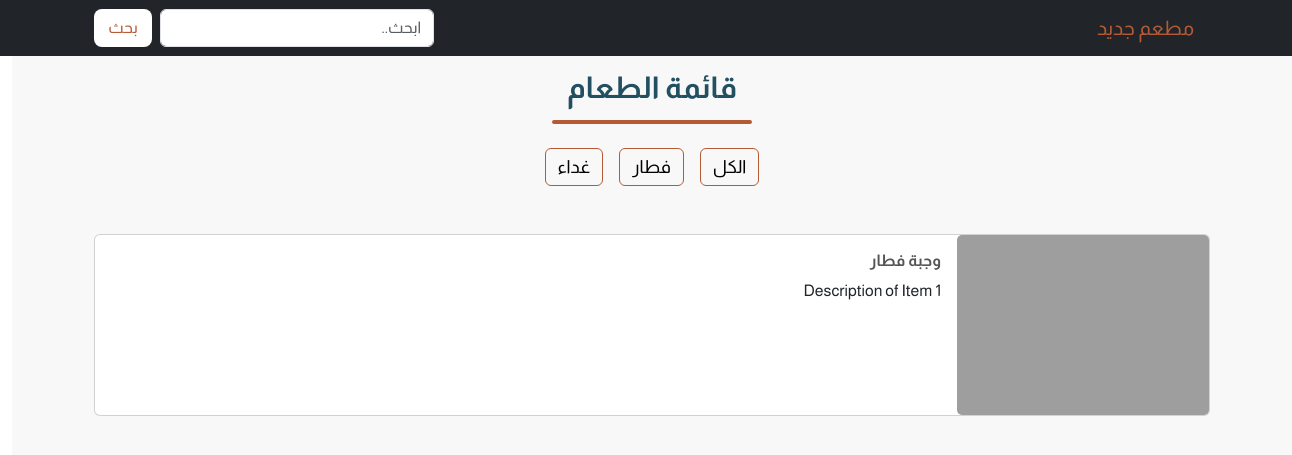
Repository: kerlos-alfy/Restaurant-Menu
Page: /
These files come from the project's save history. The page is drawn as it stood at one moment and after the next save; the edit follows.
The browser window is 1280 px wide. The page is 1292 px wide, so the pictures cover 1292 px, including what lies to the right of the window. The pictures show the whole page.
Pictures or frames that could not be fetched are drawn as grey boxes. Some web fonts or font styles are not loaded; a fallback is used. The project was rebuilt for these pictures with package versions that can differ from the ones it lists, and the page was loaded fresh each time. Also part of the build but not shown: vite.config.js, src/App.css.

Above is the page before, as saved 2024-12-20 01:28:57.

### index.html
<!DOCTYPE html>
<html lang="ar" dir="rtl">
	<head>
		<meta charset="UTF-8" />
		<link rel="icon" type="image/svg+xml" href="/vite.svg" />
		<link
			rel="stylesheet"
			href="https://cdn.jsdelivr.net/npm/bootstrap@5.3.2/dist/css/bootstrap.min.css"
			integrity="sha384-T3c6CoIi6uLrA9TneNEoa7RxnatzjcDSCmG1MXxSR1GAsXEV/Dwwykc2MPK8M2HN"
			crossorigin="anonymous" />
		<!-- Start Font Google Arabic  -->
		<link rel="preconnect" href="https://fonts.googleapis.com" />
		<link rel="preconnect" href="https://fonts.gstatic.com" crossorigin />
		<link
			href="https://fonts.googleapis.com/css2?family=Alkalami&family=Almarai:wght@300;400;700;800&family=Cairo:wght@200..1000&family=Rakkas&display=swap"
			rel="stylesheet" />
		<!-- End Font Google Arabic  -->
		<meta name="viewport" content="width=device-width, initial-scale=1.0" />
		<title>Vite + React</title>
	</head>
	<body>
		<div id="root"></div>
		<script type="module" src="/src/main.jsx"></script>
	</body>
</html>

### src/index.css
/* :root {
  font-family: Inter, system-ui, Avenir, Helvetica, Arial, sans-serif;
  line-height: 1.5;
  font-weight: 400;

  color-scheme: light dark;
  color: rgba(255, 255, 255, 0.87);
  background-color: #242424;

  font-synthesis: none;
  text-rendering: optimizeLegibility;
  -webkit-font-smoothing: antialiased;
  -moz-osx-font-smoothing: grayscale;
}

a {
  font-weight: 500;
  color: #646cff;
  text-decoration: inherit;
}
a:hover {
  color: #535bf2;
}

body {
  margin: 0;
  display: flex;
  place-items: center;
  min-width: 320px;
  min-height: 100vh;
}

h1 {
  font-size: 3.2em;
  line-height: 1.1;
}

button {
  border-radius: 8px;
  border: 1px solid transparent;
  padding: 0.6em 1.2em;
  font-size: 1em;
  font-weight: 500;
  font-family: inherit;
  background-color: #1a1a1a;
  cursor: pointer;
  transition: border-color 0.25s;
}
button:hover {
  border-color: #646cff;
}
button:focus,
button:focus-visible {
  outline: 4px auto -webkit-focus-ring-color;
}

@media (prefers-color-scheme: light) {
  :root {
    color: #213547;
    background-color: #ffffff;
  }
  a:hover {
    color: #747bff;
  }
  button {
    background-color: #f9f9f9;
  }
} */

.color-body {
	background-color: #f8f8f8;
	height: 100vh;
}
.font {
	font-family: "Almarai", sans-serif;
}
.title {
	color: #224f61;
	font-family: Almarai;
	font-size: 30px;
	font-weight: bold;
	letter-spacing: 0;
	line-height: 64px;
}
.underline {
	height: 1px;
	width: 200px;
	border-radius: 10px;
	border: 2px solid #b45b35;
}
.btn {
	color: black;
	font-family: Almarai;
	font-size: 18px;
	letter-spacing: 0;
	line-height: 24px;
}
.btn:hover {
	color: black;
	font-family: Almarai;
	font-size: 18px;
	font-weight: bold;
	letter-spacing: 0;
	line-height: 24px;
	border-radius: 11px;
	border: none;
	background-color: #b45b35;
}
.img-item {
	height: 180px;
	width: 252px;
	border-radius: 5px;
}
.item-description {
	color: #8c8c8c;
	font-family: Almarai;
	font-size: 16px;
	letter-spacing: 0;
	line-height: 20px;
}
.item-title {
	color: #555555;
	font-family: Almarai;
	font-size: 16px;
	font-weight: bold;
	letter-spacing: 0;
	line-height: 20px;
}
.card-color {
	background-color: #f8f8f8;
}
.item-price {
	color: #b45b35;
	font-family: Almarai;
	font-size: 16px;
	font-weight: bold;
	letter-spacing: 0;
	line-height: 20px;
}
.btn-search {
	border: none;
	cursor: pointer;
	color: #b45b35;
	border-radius: 3px solid #b45b35;
	border-radius: 8px;
	background-color: white;
	width: 72px;
	font-weight: 500;
}
.btn-search:hover {
	color: white;
	border-radius: 3px solid white;
	background-color: #b45b35;
	border-radius: 8px;
}
.brand-color {
	color: #b45b35;
}

### src/App.jsx
import { Container } from "react-bootstrap";
import "./App.css";
import NavBar from "./components/NavBar";
import Header from "./components/Header";
import Category from "./components/Category";
import ItemsList from "./components/ItemsList";
function App() {
	return (
		<div className="color-body font">
			<NavBar />
			<Container>
				<Header />
				<Category />
				<ItemsList />
			</Container>
		</div>
	);
}

export default App;

### src/components/NavBar.jsx
import { Navbar, Container, Row, Nav, Form, FormControl } from "react-bootstrap";
const NavBar = () => {
	return (
		<Row>
			<Navbar bg="dark" expand="lg" variant="dark">
				<Container>
					<Navbar.Brand href="#">
						<div className="brand-color">مطعم جديد</div>
					</Navbar.Brand>
					<Navbar.Toggle aria-controls="navbarScroll" />
					<Navbar.Collapse id="navbarScroll">
						<Nav className="me-auto my-2 my-lg-0" style={{ maxHeight: "100px" }} navbarScroll></Nav>
						<Form className="d-flex">
							<FormControl type="text" placeholder="ابحث.." className="mx-2" />
							<button className="btn-search">بحث</button>
						</Form>
					</Navbar.Collapse>
				</Container>
			</Navbar>
		</Row>
	);
};

export default NavBar;

### src/components/Header.jsx
import { Col, Row } from "react-bootstrap";

const Header = () => {
	return (
		<Row>
			<Col sm="12" className="text-center justify-content-center">
				<div className="title">قائمة الطعام </div>
				<div className="justify-content-center d-flex">
					<p className="underline"></p>
				</div>
			</Col>
		</Row>
	);
};

export default Header;

### src/components/Category.jsx
import { Col, Row } from "react-bootstrap";

const Category = () => {
	return (
		<Row className="my-2 mb-5">
			<Col sm="12" className=" justify-content-center d-flex">
				<div>
					<button style={{ border: "1px solid #b45b35" }} className="btn mx-2">
						الكل
					</button>
					<button style={{ border: "1px solid #b45b35" }} className="btn mx-2">
						فطار
					</button>
					<button style={{ border: "1px solid #b45b35" }} className="btn mx-2">
						غداء
					</button>
				</div>
			</Col>
		</Row>
	);
};

export default Category;

### src/components/ItemsList.jsx
import { Card, Col, Row } from "react-bootstrap";

const ItemsList = () => {
	return (
		<Row>
			<Col sm="12" className="mb-3">
				<Card className="d-flex flex-row">
					<Card.Img className="img-item" variant="top" src="https://ichef.bbci.co.uk/food/ic/food_16x9_832/recipes/spicy_salmon_bite_rice_16300_16x9.jpg" />
					<Card.Body>
						<Card.Title>
							<div className="item-title">وجبة فطار</div>
						</Card.Title>
						<Card.Text>Description of Item 1</Card.Text>
					</Card.Body>
				</Card>
			</Col>
		</Row>
	);
};

export default ItemsList;

Loaded but not shown: src/main.jsx (common file)

After the next save:
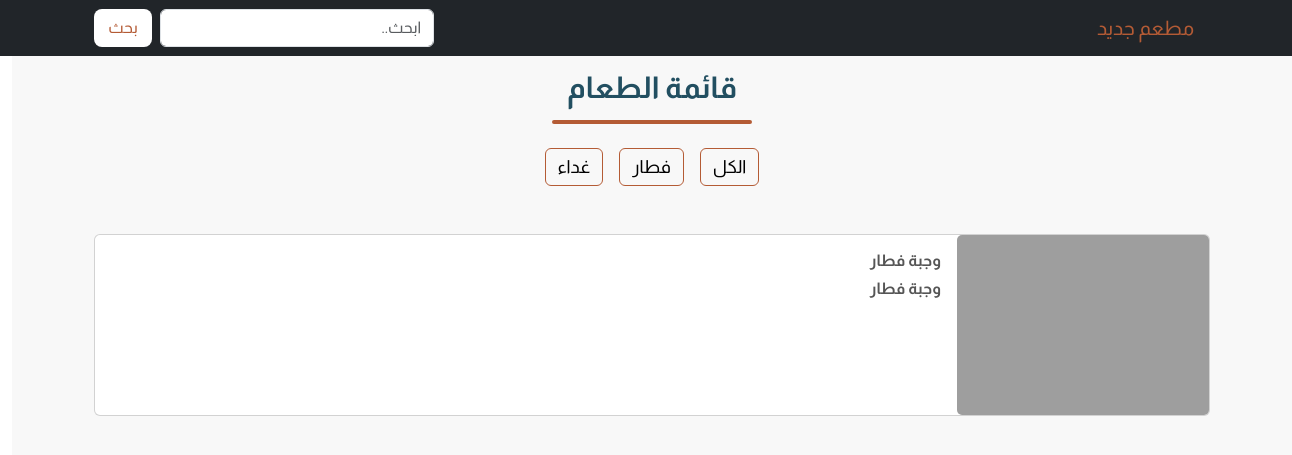
Saved 30 s later.
--- a/src/components/ItemsList.jsx
+++ b/src/components/ItemsList.jsx
@@ -10,7 +10,10 @@ const ItemsList = () => {
 						<Card.Title>
 							<div className="item-title">وجبة فطار</div>
 						</Card.Title>
-						<Card.Text>Description of Item 1</Card.Text>
+						<Card.Text>
+							{" "}
+							<div className="item-title">وجبة فطار</div>
+						</Card.Text>
 					</Card.Body>
 				</Card>
 			</Col>
